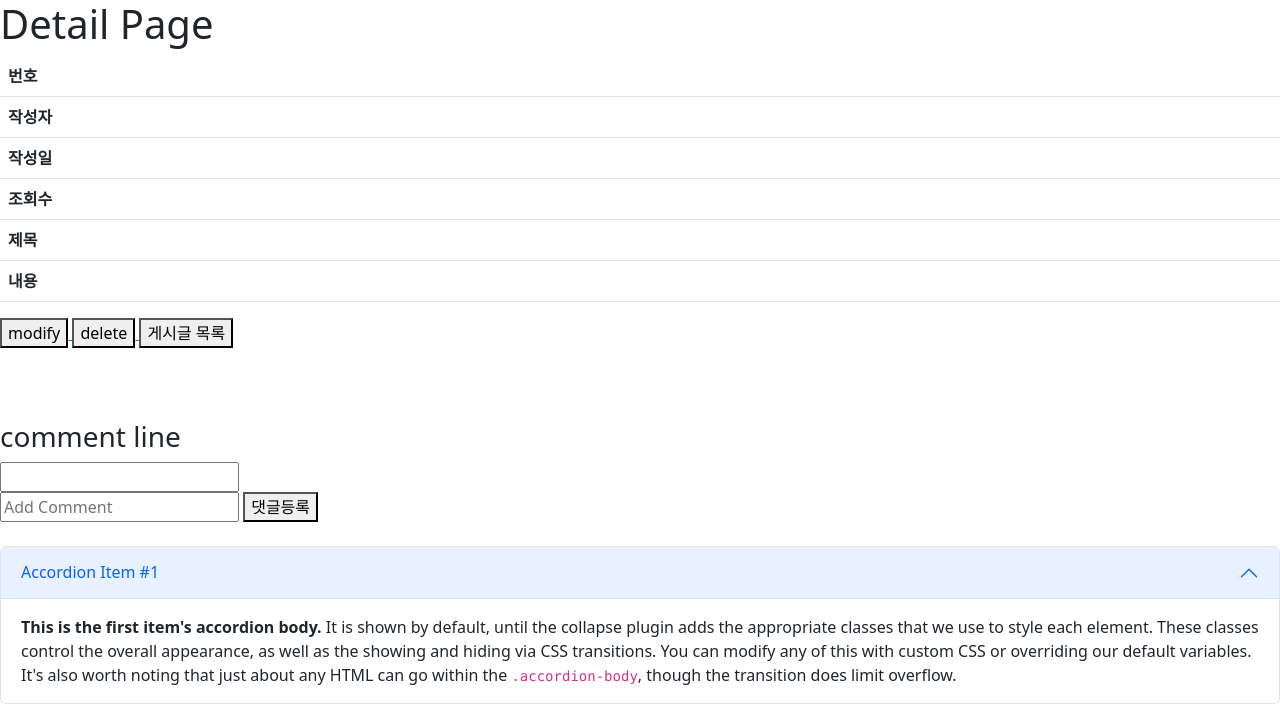
Repository: novemberjj/jsp
Page: http://localhost/jsp_project3/board/detail.jsp
The author's editor kept a copy of each file at every save. The page is drawn from the files as they stood at one save, then again after the next save.
The browser window is 1280 px wide. The pictures show the whole page.
The page is served by Tomcat 9. The template is opened directly, without the code that normally fills it, so the values that code supplies are empty.

Above is the page before, as saved 2023-05-22 07:38:33.
Console error: ReferenceError: printCommentList is not defined

After the next save:
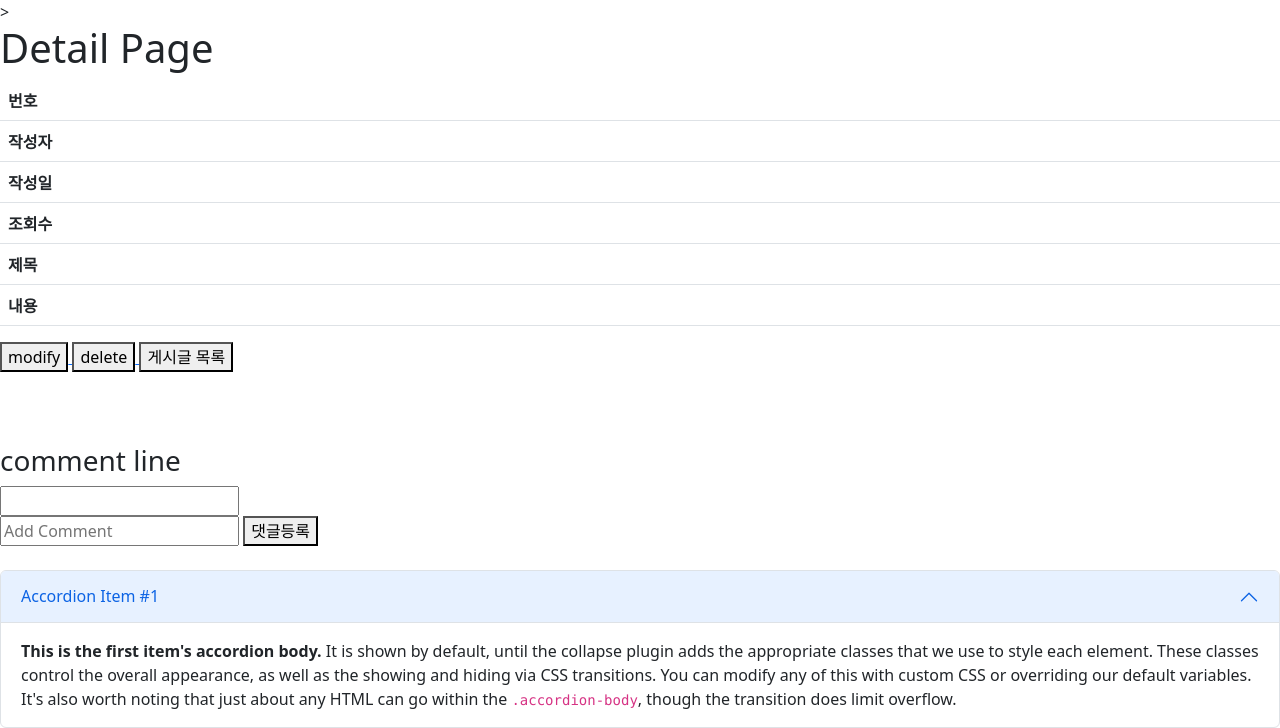
Saved 31 s later.
--- a/jsp_project3/jsp_project3/src/main/webapp/board/detail.jsp
+++ b/jsp_project3/jsp_project3/src/main/webapp/board/detail.jsp
@@ -1,5 +1,6 @@
 <%@ page language="java" contentType="text/html; charset=UTF-8"
     pageEncoding="UTF-8"%>
+    <%@ taglib uri="http://java.sun.com/jsp/jstl/core" prefix="c"%>>
 <!DOCTYPE html>
 <html>
 <head>
